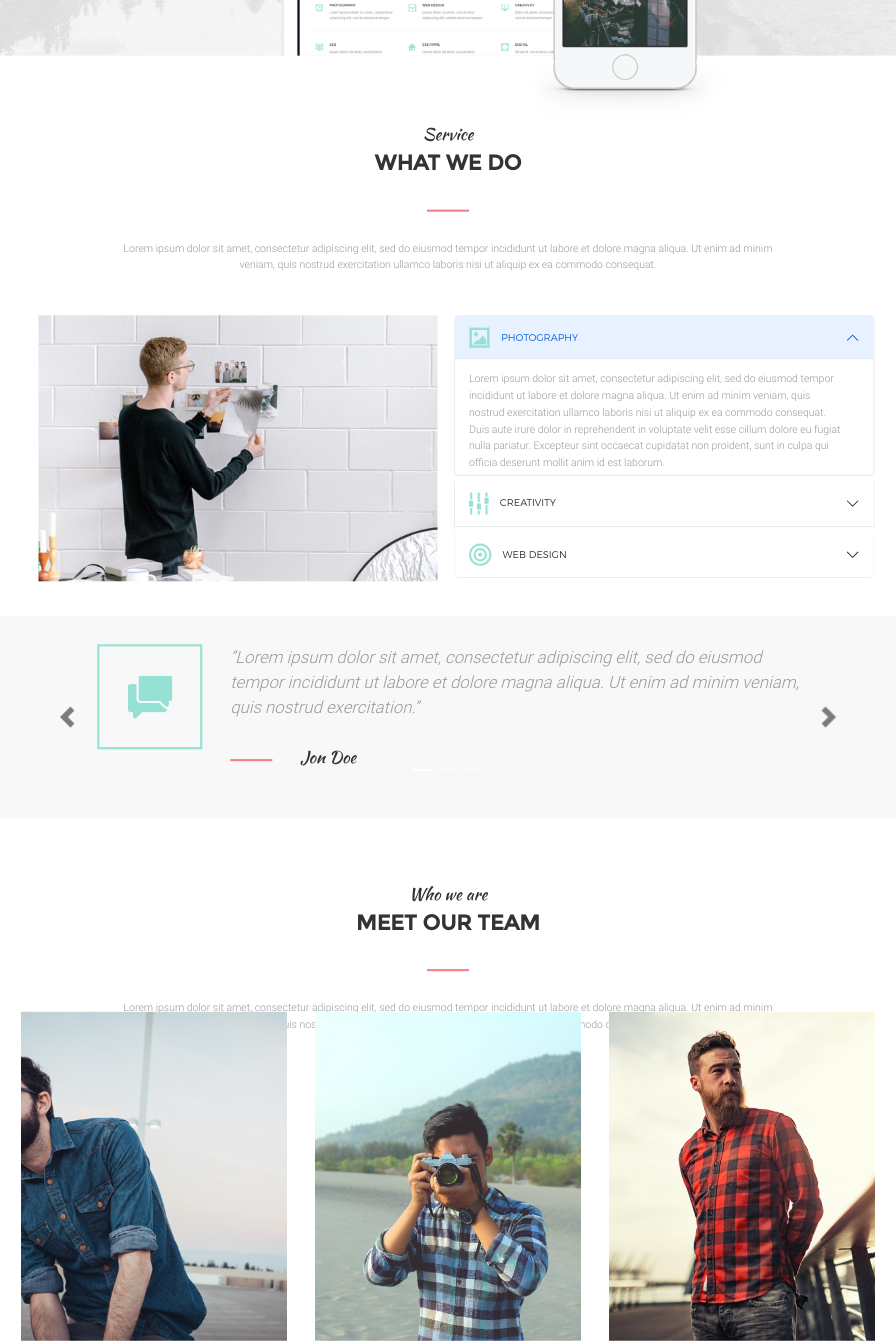
Repository: RaffiBarseghyan/mogo
Page: /
An editor plug-in stored every save of this project. The page is shown before and after a run of saves, followed by the edit.
The browser window is 1280 px wide. The pictures show the part of the page from y = 3348 to 5268 px (the page is 5268 px tall), at 70% of full size.
The project was rebuilt for these pictures with package versions that can differ from the ones it lists, and the page was loaded fresh each time.

Above is the page before, as saved 2023-05-12 23:19:24.

### src/App.jsx
import "./App.css";
import "bootstrap/dist/css/bootstrap.min.css";
import "bootstrap/dist/js/bootstrap.bundle";
import Header from "./Pages/Header/header";
import AboutUs from "./Pages/AboutUs/aboutUs";
import WorkWith from "./Pages/WorkWith/workWith";
import AllDevice from "./Pages/AllDevice/allDevice";
import Service from "./Pages/ServicePage/service";
import WeAre from "./Pages/WeAre/weAre";

function App() {
  return (
    <div className="App">
      <Header />
      <AboutUs />
      <WorkWith />
      <AllDevice />
      <Service />
      <WeAre />
    </div>
  );
}

export default App;

### src/Pages/AboutUs/aboutUs.jsx
import style from "./aboutUs.module.scss";
import aboutUs1 from "../../Assets/Images/aboutUs1.png";
import aboutUs2 from "../../Assets/Images/aboutUs2.png";
import aboutUs3 from "../../Assets/Images/aboutUs3.png";
import user from "../../Assets/Images/USERS.png";

function AboutUs() {
  return (
    <>
      <div className={style.aboutUs}>
        <h3>What we do</h3>
        <h2>Story about us</h2>
        <div className={style.line}></div>
        <p>
          Lorem ipsum dolor sit amet, consectetur adipiscing elit, sed do
          eiusmod tempor incididunt ut labore et dolore magna aliqua. Ut enim ad
          minim <br />
          veniam, quis nostrud exercitation ullamco laboris nisi ut aliquip ex
          ea commodo consequat.
        </p>
        <div className="d-flex justify-content-center flex-wrap ">
          <div className={style.imgDiv}>
            <img src={user} alt="" className={style.user} />
            <p>SUPER TEAM</p>
            <img src={aboutUs1} alt="" className={style.aboutImg} />
          </div>
          <div className={style.imgDiv}>
            <img src={user} alt="" className={style.user} />
            <p>SUPER TEAM</p>
            <img src={aboutUs2} alt="" className={style.aboutImg} />
          </div>
          <div className={style.imgDiv}>
            <img src={user} alt="" className={style.user} />
            <p>SUPER TEAM</p>
            <img src={aboutUs3} alt="" className={style.aboutImg} />
          </div>
        </div>
      </div>

      <div
        className={`${style.aboutUsFooter} d-flex justify-content-center align-items-center flex-wrap`}
      >
        <div className={style.first_line}>
          <h2>42</h2>
          <p>Web Design Projects</p>
        </div>
        <div>
          <h2>123</h2>
          <p>happy client</p>
        </div>
        <div>
          <h2>15</h2>
          <p>award winner</p>
        </div>
        <div>
          <h2>99</h2>
          <p>cup of coffee</p>
        </div>
        <div>
          <h2>24</h2>
          <p>members</p>
        </div>
      </div>
    </>
  );
}

export default AboutUs;

### src/Pages/WorkWith/workWith.jsx
import style from "./workWith.module.scss";
import ALARM from "../../Assets/Images/ALARM.png";
import LINEGRAPH from "../../Assets/Images/LINEGRAPH.png";
import COMPUTER_OK from "../../Assets/Images/COMPUTER_OK.png";
import BOOK from "../../Assets/Images/BOOK.png";
import HOME from "../../Assets/Images/HOME.png";
import IMAGE from "../../Assets/Images/IMAGE.png";

function WorkWith() {
  return (
    <>
      <div className={style.workWith}>
        <h3>We work with</h3>
        <h2>Amazing Services</h2>
        <div className={style.line}></div>

        <div
          className={`${style.workWithFooter} d-flex flex-wrap justify-content-center container`}
        >
          <div className={`d-flex ${style.box1}`}>
            <div>
              <img src={ALARM} alt="" />
            </div>
            <div>
              <h2>Photography</h2>
              <p>
                Lorem ipsum dolor sit amet, consectetur <br />
                adipiscing elit, sed do eiusmod tempor.
              </p>
            </div>
          </div>
          <div className={`d-flex ${style.box2}`}>
            <div>
              <img src={LINEGRAPH} alt="" />
            </div>
            <div>
              <h2>Web Design</h2>
              <p>
                Ipsum dolor sit amet, consectetur <br />
                adipiscing elit, sed do eiusmod tempor.
              </p>
            </div>
          </div>
          <div className={`d-flex ${style.box3}`}>
            <div>
              <img src={COMPUTER_OK} alt="" />
            </div>
            <div>
              <h2>Creativity</h2>
              <p>
                Dolor sit amet, consectetur adipiscing elit, <br />
                sed do eiusmod tempor.
              </p>
            </div>
          </div>
          <div className={`d-flex ${style.box4}`}>
            <div>
              <img src={BOOK} alt="" />
            </div>
            <div>
              <h2>seo</h2>
              <p>
                Ipsum dolor sit amet, consectetur <br />
                adipiscing elit, sed do eiusmod.
              </p>
            </div>
          </div>
          <div className={`d-flex ${style.box5}`}>
            <div>
              <img src={HOME} alt="" />
            </div>
            <div>
              <h2>Css/Html</h2>
              <p>
                Lorem dolor sit amet, consectetur <br />
                adipiscing elit, sed do tempor.
              </p>
            </div>
          </div>
          <div className={`d-flex ${style.box6}`}>
            <div>
              <img src={IMAGE} alt="" />
            </div>
            <div>
              <h2>digital</h2>
              <p>
                Sit amet, consectetur adipiscing elit, sed do <br />
                eiusmod tempor.
              </p>
            </div>
          </div>
        </div>
      </div>
    </>
  );
}

export default WorkWith;

### src/Pages/AllDevice/allDevice.jsx
import style from "./allDevice.module.scss";
import ipad from "../../Assets/Images/ipad.png";
import iphone from "../../Assets/Images/iphone.png";

function AllDevice() {
  return (
    <>
      <div className={`${style.allDevice}`}>
        <div className={style.allDeviceBg}>
          <h3>For all devices</h3>
          <h2>Unique design</h2>
          <div className={style.line}></div>
          <img src={ipad} alt="" className={style.ipad}/>
          <img src={iphone} alt="" className={style.iphone} />
        </div>
      </div>
    </>
  );
}

export default AllDevice;

### src/Pages/WeAre/weAre.jsx
import style from "./weAre.module.scss";
import admin1 from "../../Assets/Images/admin1.png";
import admin2 from "../../Assets/Images/admin2.png";
import admin3 from "../../Assets/Images/admin3.png";

function WeAre() {
  return (
    <>
      <div className={`${style.WeAre}`}>
        <h3>Who we are</h3>
        <h2>Meet our team</h2>
        <div className={style.line}></div>
        <p>
          Lorem ipsum dolor sit amet, consectetur adipiscing elit, sed do
          eiusmod tempor incididunt ut labore et dolore magna aliqua. Ut enim ad
          minim <br />
          veniam, quis nostrud exercitation ullamco laboris nisi ut aliquip ex
          ea commodo consequat.
        </p>

        <div className="d-flex justify-content-center flex-wrap ">
          <div className={style.imgDiv}>
            {/* <img src={user} alt="" className={style.user} /> */}
            <p>SUPER TEAM</p>
            <img src={admin1} alt="" className={style.aboutImg} />
          </div>
          <div className={style.imgDiv}>
            {/* <img src={user} alt="" className={style.user} /> */}
            <p>SUPER TEAM</p>
            <img src={admin2} alt="" className={style.aboutImg} />
          </div>
          <div className={style.imgDiv}>
            {/* <img src={user} alt="" className={style.user} /> */}
            <p>SUPER TEAM</p>
            <img src={admin3} alt="" className={style.aboutImg} />
          </div>
        </div>
      </div>
    </>
  );
}

export default WeAre;

### src/Pages/AboutUs/aboutUs.module.scss
@font-face {
  font-family: Montserrat;
  src: url("../../Assets/Fonts/montserrat/Montserrat-Light.otf")
    format("truetype");
}

@font-face {
  font-family: Montserrat_mid;
  src: url("../../Assets/Fonts/montserrat/Montserrat-Regular.ttf")
    format("truetype");
}

@font-face {
  font-family: Montserrat_bold;
  src: url("../../Assets/Fonts/montserrat/Montserrat-ExtraBold.otf")
    format("truetype");
}

@font-face {
  font-family: kaushan;
  src: url("../../Assets/Fonts/kaushan-script/kaushan-script.kaushanscript-regular.otf")
    format("truetype");
}

@font-face {
  font-family: Roboto;
  src: url("../../Assets/Fonts/robotofont/Roboto-Light.ttf") format("truetype");
}

.aboutUs {
  min-height: 750px;
  display: flex;
  flex-direction: column;
  align-items: center;
  justify-content: center;
  h3 {
    font-size: 24px;
    color: #333333;
    font-weight: 400;
    font-family: "kaushan";
    text-align: center;
  }
  h2 {
    font-size: 30px;
    text-transform: uppercase;
    color: #333333;
    font-weight: 700;
    font-family: "Montserrat_mid";
    text-align: center;
  }
  p {
    font-size: 15px;
    line-height: 24px;
    color: #999999;
    font-weight: 400;
    font-family: "Roboto";
    text-align: center;
    margin-bottom: 60px;
  }
  .line {
    width: 60px;
    height: 3px;
    background-color: #f38181;
    margin: 40px;
  }
  img {
    width: 380px;
    height: 250px;
    aspect-ratio: 3/2;
    object-fit: cover;
  }

  .imgDiv {
    width: 380px;
    height: 250px;
    margin: 20px;
    transition: 0.5s;
    display: flex;
    flex-direction: column;
    justify-content: center;
    align-items: center;
    p {
      font-size: 18px;
      text-transform: uppercase;
      color: #ffffff;
      font-weight: 700;
      font-family: "Montserrat";
      text-align: center;
      display: none;
      position: absolute;
      margin-top: 80px;
    }
    .user {
      width: 32px;
      height: 23px;
      display: none;
      position: absolute;
      margin-bottom: 30px;
    }
  }

  .imgDiv:hover {
    transition: 0.5s;
    box-shadow: 10px 10px 0px 0px rgba(149, 225, 211, 1);
    -webkit-box-shadow: 10px 10px 0px 0px rgba(149, 225, 211, 1);
    -moz-box-shadow: 10px 10px 0px 0px rgba(149, 225, 211, 1);
    cursor: pointer;
    p,
    .user {
      display: block;
    }
    background: rgb(226, 204, 123);
    background: linear-gradient(
      0deg,
      rgba(226, 204, 123, 1) 0%,
      rgba(219, 116, 116, 1) 53%
    );

    .aboutImg {
      opacity: 0.2;
    }
  }
}

.aboutUsFooter {
  min-height: 270px;
  background-color: #95e1d3;
  h2 {
    font-size: 72px;
    text-transform: uppercase;
    color: #ffffff;
    font-weight: 700;
    font-family: "Montserrat_bold";
    text-align: center;
  }
  p {
    font-size: 14px;
    text-transform: uppercase;
    color: #ffffff;
    font-weight: 400;
    font-family: "Montserrat";
    text-align: center;
  }
  div {
    width: 240px;
    height: 270px;
    border-right: 1px solid #ffffff;
    border-left: 1px solid #ffffff;

    display: flex;
    flex-direction: column;
    justify-content: center;
  }
}

### src/Pages/WorkWith/workWith.module.scss
@font-face {
  font-family: Montserrat;
  src: url("../../Assets/Fonts/montserrat/Montserrat-Light.otf")
    format("truetype");
}

@font-face {
  font-family: Montserrat_mid;
  src: url("../../Assets/Fonts/montserrat/Montserrat-Regular.ttf")
    format("truetype");
}

@font-face {
  font-family: Montserrat_bold;
  src: url("../../Assets/Fonts/montserrat/Montserrat-ExtraBold.otf")
    format("truetype");
}

@font-face {
  font-family: kaushan;
  src: url("../../Assets/Fonts/kaushan-script/kaushan-script.kaushanscript-regular.otf")
    format("truetype");
}

.workWith {
  min-height: 750px;
  display: flex;
  flex-direction: column;
  align-items: center;
  justify-content: center;
  h3 {
    font-size: 24px;
    color: #333333;
    font-weight: 400;
    font-family: "kaushan";
    text-align: center;
  }
  h2 {
    font-size: 30px;
    text-transform: uppercase;
    color: #333333;
    font-weight: 700;
    font-family: "Montserrat_mid";
    text-align: center;
  }
  .line {
    width: 60px;
    height: 3px;
    background-color: #f38181;
    margin: 40px;
  }
}

.workWithFooter {
  > div {
    width: 400px;
    margin-top: 90px;
  }
  h2 {
    font-size: 14px;
    text-transform: uppercase;
    color: #333333;
    font-weight: 400;
    font-family: "Montserrat";
    text-align: start;
  }
  p {
    font-size: 15px;
    line-height: 24px;
    color: #999999;
    font-weight: 400;
    font-family: "Roboto";
    text-align: start;
  }
  img {
    margin-right: 30px;
  }
}

.box1,
.box2,
.box3 {
  border-bottom: 1px solid #e5e5e5;
}

@media only screen and (max-width: 1399.2px) {
  .box1,
  .box2,
  .box3,
  .box4 {
    border-bottom: 1px solid #e5e5e5;
  }
}

@media only screen and (max-width: 991.2px) {
  .box1,
  .box2,
  .box3,
  .box4,
  .box5 {
    border-bottom: 1px solid #e5e5e5;
  }
}

### src/Pages/AllDevice/allDevice.module.scss
@font-face {
  font-family: Montserrat;
  src: url("../../Assets/Fonts/montserrat/Montserrat-Light.otf")
    format("truetype");
}

@font-face {
  font-family: Montserrat_mid;
  src: url("../../Assets/Fonts/montserrat/Montserrat-Regular.ttf")
    format("truetype");
}

@font-face {
  font-family: Montserrat_bold;
  src: url("../../Assets/Fonts/montserrat/Montserrat-ExtraBold.otf")
    format("truetype");
}

@font-face {
  font-family: kaushan;
  src: url("../../Assets/Fonts/kaushan-script/kaushan-script.kaushanscript-regular.otf")
    format("truetype");
}

.allDevice {
  min-height: 900px;

  h3 {
    font-size: 24px;
    color: #333333;
    font-weight: 400;
    font-family: "kaushan";
    text-align: center;
  }
  h2 {
    font-size: 30px;
    text-transform: uppercase;
    color: #333333;
    font-weight: 700;
    font-family: "Montserrat_mid";
    text-align: center;
  }
  .line {
    width: 60px;
    height: 3px;
    background-color: #f38181;
    margin: 40px;
  }
  .allDeviceBg {
    width: 100%;
    min-height: 850px;
    background-image: url("../../Assets/Images/allDeviceBg.png");
    background-position: center;
    background-size: cover;
    background-repeat: no-repeat;

    display: flex;
    flex-direction: column;
    align-items: center;
    justify-content: center;
  }
}

.ipad {
  position: absolute;
  margin-top: 268px;
}

.iphone {
  position: relative;
  top: 194px;
  left: 257px;
}

@media only screen and (max-width: 992.2px) {
  .ipad {
    width: 378px;
    height: 480px;
    margin-top: 370px;
  }
  .iphone {
    width: 200px;
    height: 360px;
    top: 225px;
    left: 217px;
  }
}

@media only screen and (max-width: 650.2px) {
  .ipad {
    width: 290px;
    height: 380px;
    margin-top: 470px;
  }
  .iphone {
    width: 165px;
    height: 290px;
    top: 250px;
    left: 159px;
  }
}

### src/Pages/ServicePage/service.module.scss
@font-face {
  font-family: Montserrat;
  src: url("../../Assets/Fonts/montserrat/Montserrat-Light.otf")
    format("truetype");
}

@font-face {
  font-family: Montserrat_mid;
  src: url("../../Assets/Fonts/montserrat/Montserrat-Regular.ttf")
    format("truetype");
}

@font-face {
  font-family: Montserrat_bold;
  src: url("../../Assets/Fonts/montserrat/Montserrat-ExtraBold.otf")
    format("truetype");
}

@font-face {
  font-family: kaushan;
  src: url("../../Assets/Fonts/kaushan-script/kaushan-script.kaushanscript-regular.otf")
    format("truetype");
}
@font-face {
  font-family: Roboto;
  src: url("../../Assets/Fonts/robotofont/Roboto-Light.ttf") format("truetype");
}

.Service {
  min-height: 750px;
  display: flex;
  flex-direction: column;
  align-items: center;
  justify-content: center;
  h3 {
    font-size: 24px;
    color: #333333;
    font-weight: 400;
    font-family: "kaushan";
    text-align: center;
  }
  h2 {
    font-size: 30px;
    text-transform: uppercase;
    color: #333333;
    font-weight: 700;
    font-family: "Montserrat_mid";
    text-align: center;
  }
  p {
    font-size: 15px;
    line-height: 24px;
    color: #999999;
    font-weight: 400;
    font-family: "Roboto";
    text-align: center;
    margin-bottom: 60px;
  }
}
.line {
  width: 60px;
  height: 3px;
  background-color: #f38181;
  margin: 40px;
}
.acordeon {
  width: 600px;
  height: 380px;
  button {
    font-size: 14px;
    text-transform: uppercase;
    color: #333333;
    font-weight: 400;
    font-family: "Montserrat";
  }
  .acordeonBody {
    width: 590px;
    height: 165px;
    font-size: 15px;
    line-height: 24px;
    color: #999999;
    font-weight: 300;
    font-family: "Roboto";
    text-align: start;
    overflow: auto;
  }
  ::-webkit-scrollbar {
    width: 5px;
  }

  /* Track */
  ::-webkit-scrollbar-track {
    box-shadow: inset 0 0 5px #f5f5f5;
    border-radius: 10px;
  }

  /* Handle */
  ::-webkit-scrollbar-thumb {
    background-color: #95e1d3;
    border-radius: 10px;
  }

  /* Handle on hover */
  ::-webkit-scrollbar-thumb:hover {
    background-color: #7fc0b4;
  }
}

.serviceFooter {
  min-height: 290px;
  background-color: #f8f8f8;
  display: flex;
  align-items: center;
  justify-content: center;
  > div {
    width: 1300px;
  }
  p {
    font-size: 24px;
    line-height: 36px;
    color: #999999;
    font-weight: 300;
    font-style: italic;
    font-family: "Roboto";
    text-align: start;
    margin-left: 40px;
  }
  h2 {
    font-size: 24px;
    color: #333333;
    font-weight: 400;
    font-family: "kaushan";
  }
}

.prev {
  width: 30px;
  height: 30px;
  background-image: url("data:[embedded picture, 192 characters]");
}

.next {
  width: 30px;
  height: 30px;
  background-image: url("data:[embedded picture, 193 characters]");
}

@media only screen and (max-width: 650.2px) {
  .acordeon {
    width: 480px;
    margin-top: 20px;
  }
  .acordeonBody {
    max-width: 470px;
  }
  .Service > div > img {
    width: 459px;
    height: 300px;
  }
  .serviceFooter{
    img{
        display: none;
    }
  }
}

### src/Pages/WeAre/weAre.module.scss
@font-face {
  font-family: Montserrat;
  src: url("../../Assets/Fonts/montserrat/Montserrat-Light.otf")
    format("truetype");
}

@font-face {
  font-family: Montserrat_mid;
  src: url("../../Assets/Fonts/montserrat/Montserrat-Regular.ttf")
    format("truetype");
}

@font-face {
  font-family: Montserrat_bold;
  src: url("../../Assets/Fonts/montserrat/Montserrat-ExtraBold.otf")
    format("truetype");
}

@font-face {
  font-family: kaushan;
  src: url("../../Assets/Fonts/kaushan-script/kaushan-script.kaushanscript-regular.otf")
    format("truetype");
}
@font-face {
  font-family: Roboto;
  src: url("../../Assets/Fonts/robotofont/Roboto-Light.ttf") format("truetype");
}

.WeAre {
  min-height: 750px;
  display: flex;
  flex-direction: column;
  align-items: center;
  justify-content: center;
  h3 {
    font-size: 24px;
    color: #333333;
    font-weight: 400;
    font-family: "kaushan";
    text-align: center;
  }
  h2 {
    font-size: 30px;
    text-transform: uppercase;
    color: #333333;
    font-weight: 700;
    font-family: "Montserrat_mid";
    text-align: center;
  }
  p {
    font-size: 15px;
    line-height: 24px;
    color: #999999;
    font-weight: 400;
    font-family: "Roboto";
    text-align: center;
    margin-bottom: 60px;
  }
  img {
    width: 380px;
    height: 470px;
    aspect-ratio: 2/3;
    object-fit: cover;
  }
}
.line {
  width: 60px;
  height: 3px;
  background-color: #f38181;
  margin: 40px;
}

.imgDiv {
  width: 380px;
  height: 250px;
  margin: 20px;
  transition: 0.5s;
  display: flex;
  flex-direction: column;
  justify-content: center;
  align-items: center;
  p {
    font-size: 18px;
    text-transform: uppercase;
    color: #ffffff;
    font-weight: 700;
    font-family: "Montserrat";
    text-align: center;
    display: none;
    position: absolute;
    margin-top: 80px;
  }
  .user {
    width: 32px;
    height: 23px;
    display: none;
    position: absolute;
    margin-bottom: 30px;
  }
}
.imgDiv:hover {
  transition: 0.5s;
  box-shadow: 10px 10px 0px 0px rgba(149, 225, 211, 1);
  -webkit-box-shadow: 10px 10px 0px 0px rgba(149, 225, 211, 1);
  -moz-box-shadow: 10px 10px 0px 0px rgba(149, 225, 211, 1);
  cursor: pointer;
  p,
  .user {
    display: block;
  }
  background: rgb(226, 204, 123);
  background: linear-gradient(
    0deg,
    rgba(226, 204, 123, 1) 0%,
    rgba(219, 116, 116, 1) 53%
  );

  .aboutImg {
    opacity: 0.2;
  }
}

Loaded but not shown: public/index.html (common file); src/index.js (common file); src/index.css (common file); src/reportWebVitals.js (common file); src/App.css (common file); src/Pages/ServicePage/service.jsx (248 lines, source omitted); src/Pages/Header/header.module.scss (204 lines, source omitted); src/Pages/Header/header.jsx (96 lines, source omitted)

After the next 2 saves:
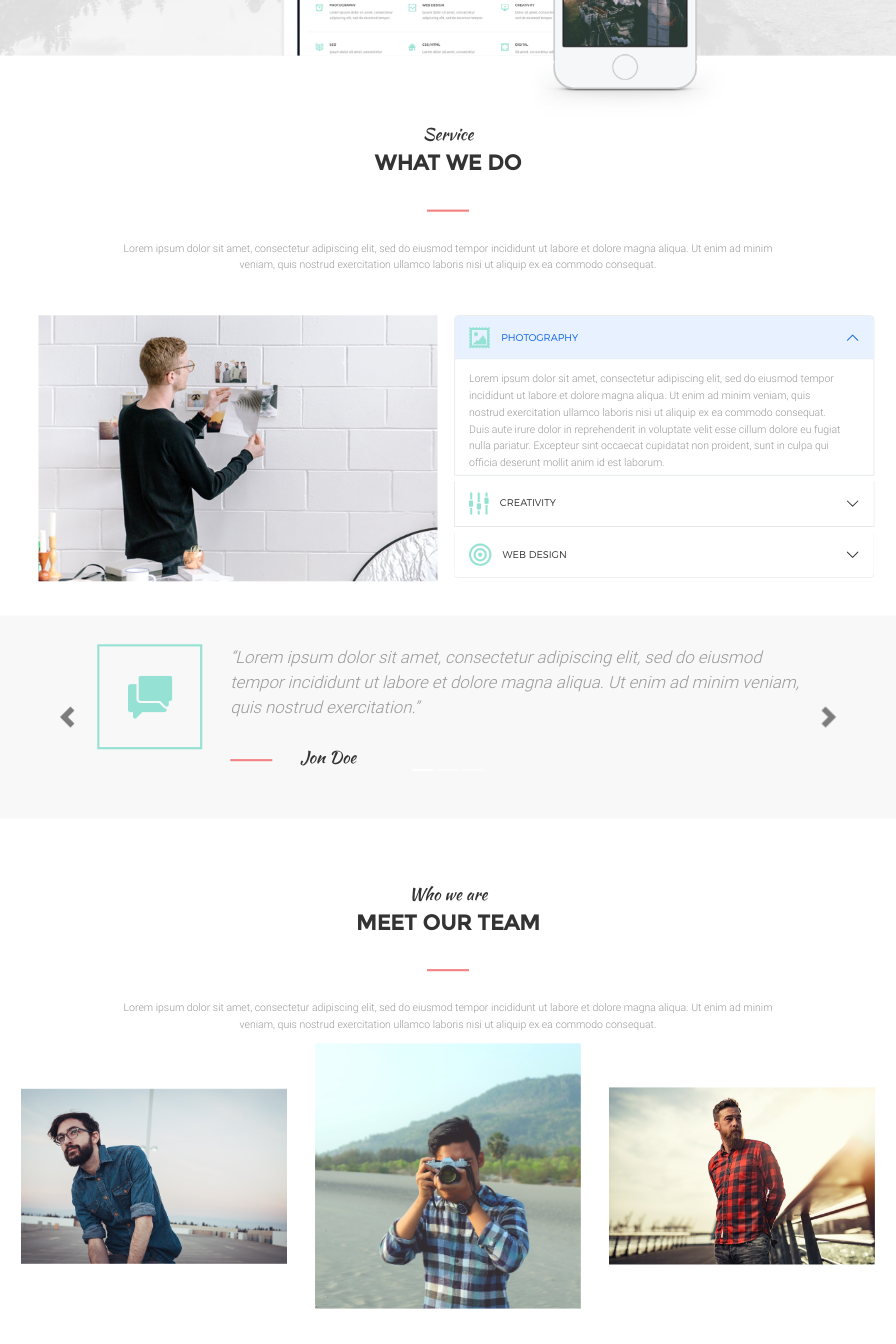
The 2 saves are shown as one change because they came seconds apart.
The last was saved 7 s later.
--- a/src/Pages/WeAre/weAre.module.scss
+++ b/src/Pages/WeAre/weAre.module.scss
@@ -59,7 +59,6 @@
   img {
     width: 380px;
     height: 470px;
-    aspect-ratio: 2/3;
     object-fit: cover;
   }
 }
